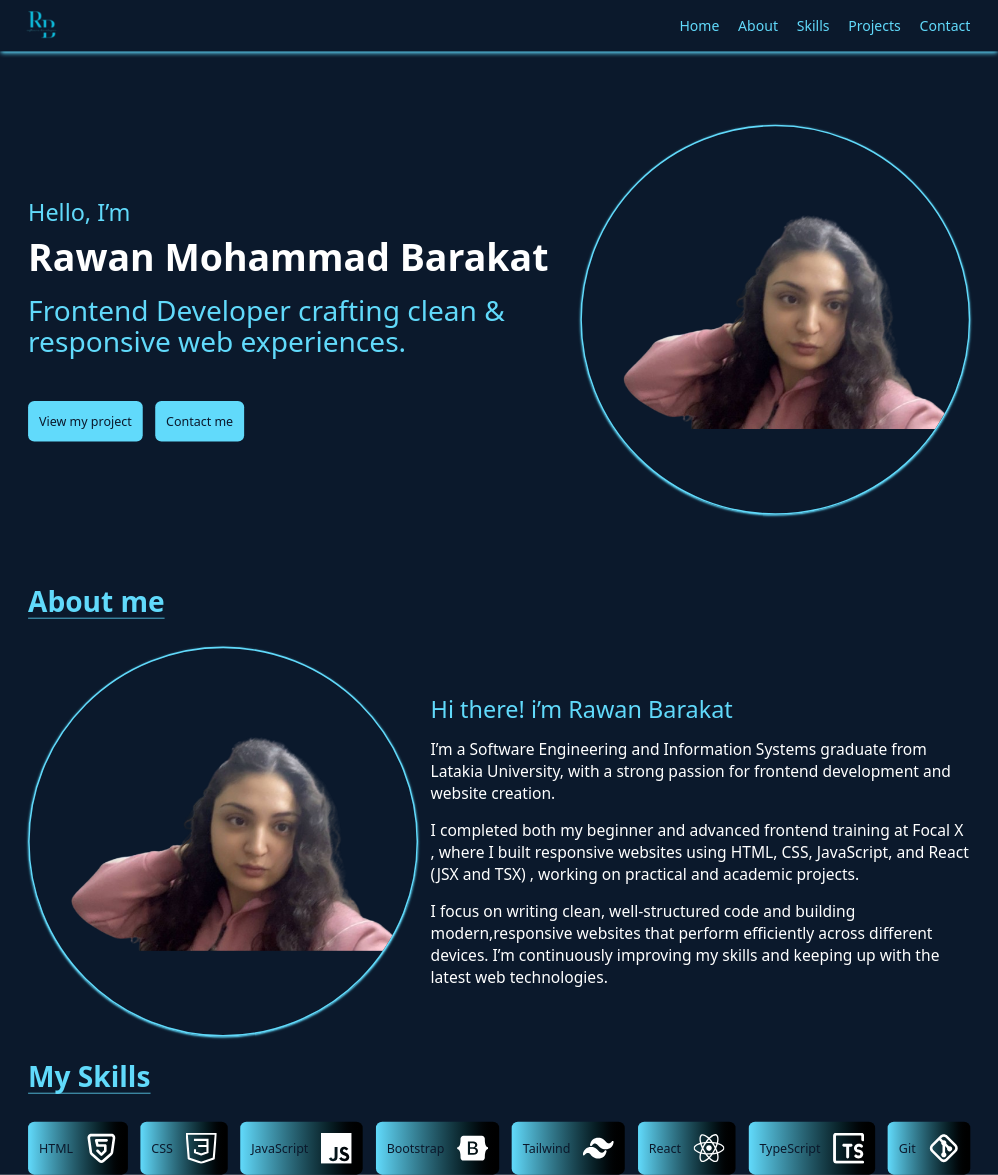
Repository: RawanBarakat-hub/portfolio
Page: /
The author's editor kept a copy of each file at every save. The page is drawn from the files as they stood at one save, then again after a run of saves.
The browser window is 1280 px wide. The pictures show the whole page, at 78% of full size.
The project was rebuilt for these pictures with package versions that can differ from the ones it lists, and the page was loaded fresh each time. Also part of the build but not shown: vite.config.ts.

Above is the page before, as saved 2026-02-20 09:28:09.

After the next 3 saves:
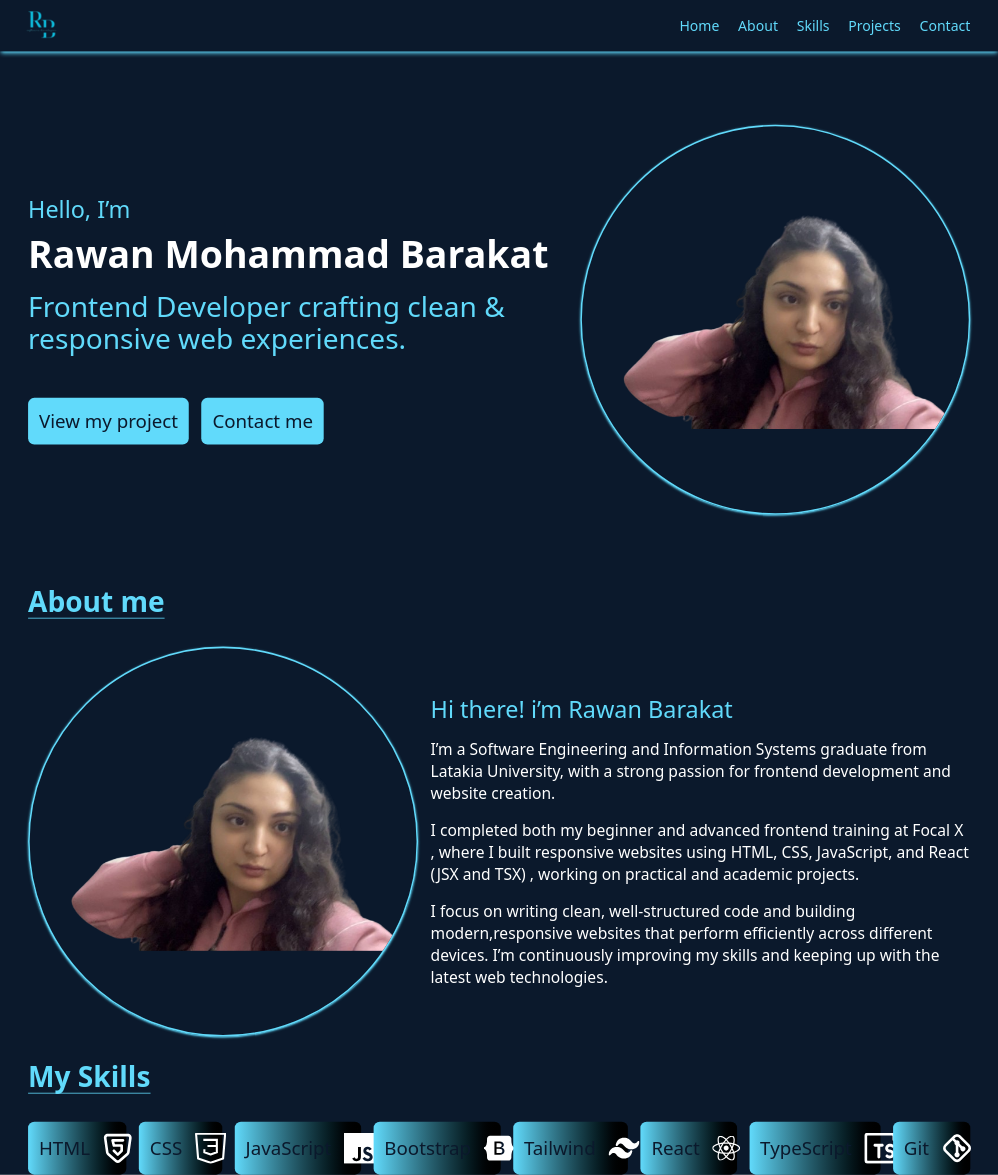
The 3 saves are shown as one change because they came seconds apart.
The last was saved 22 s later.
--- a/src/components/LinkBtn.tsx
+++ b/src/components/LinkBtn.tsx
@@ -4,7 +4,7 @@ const LinkBtn = ({url,text,image}:LinkProps) => {
     return (
             <Link className={`${image?"bg-linear-to-r from-primary-color to-black hover:scale-120":
                 "bg-primary-color hover:bg-hover-color"}
-            text-background-color p-3.5 rounded-lg w-fit flex items-center
+            text-2xl text-background-color p-3.5 rounded-lg w-fit flex items-center
             gap-4 transition-all`} to={url}>{text}
             {image && <img className='w-10' src={image?.source} alt={image?.alternative} />}</Link>
     )
